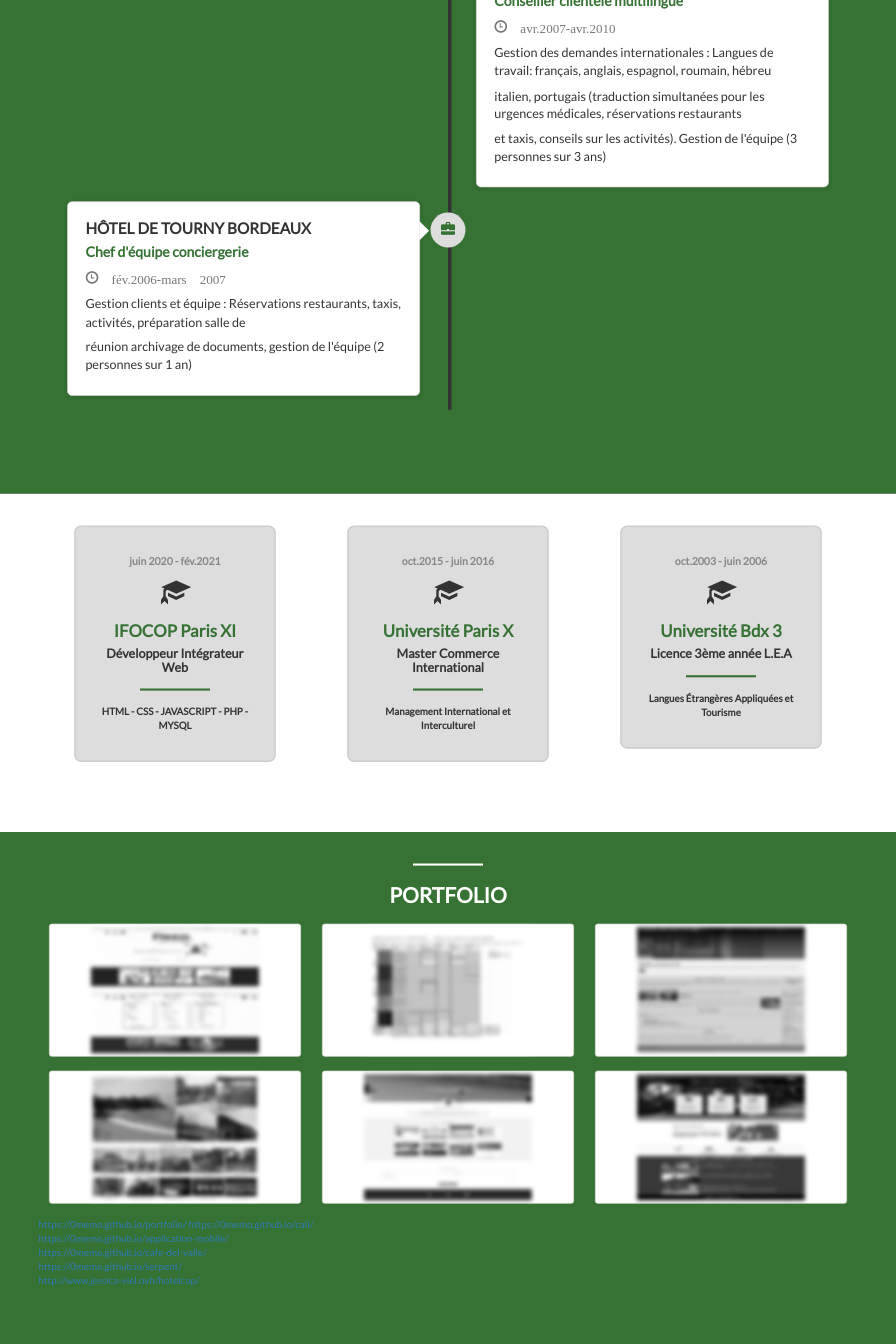
Repository: 0Memo/mon-cv
Page: index.html
An editor plug-in stored every save of this project. The page is shown before and after the next save, followed by the edit.
The browser window is 1280 px wide. The pictures show the part of the page from y = 2841 to 4761 px (the page is 4761 px tall before and 4741 px after), at 70% of full size.

Above is the page before, as saved 2020-12-29 15:18:08.

After the next save:
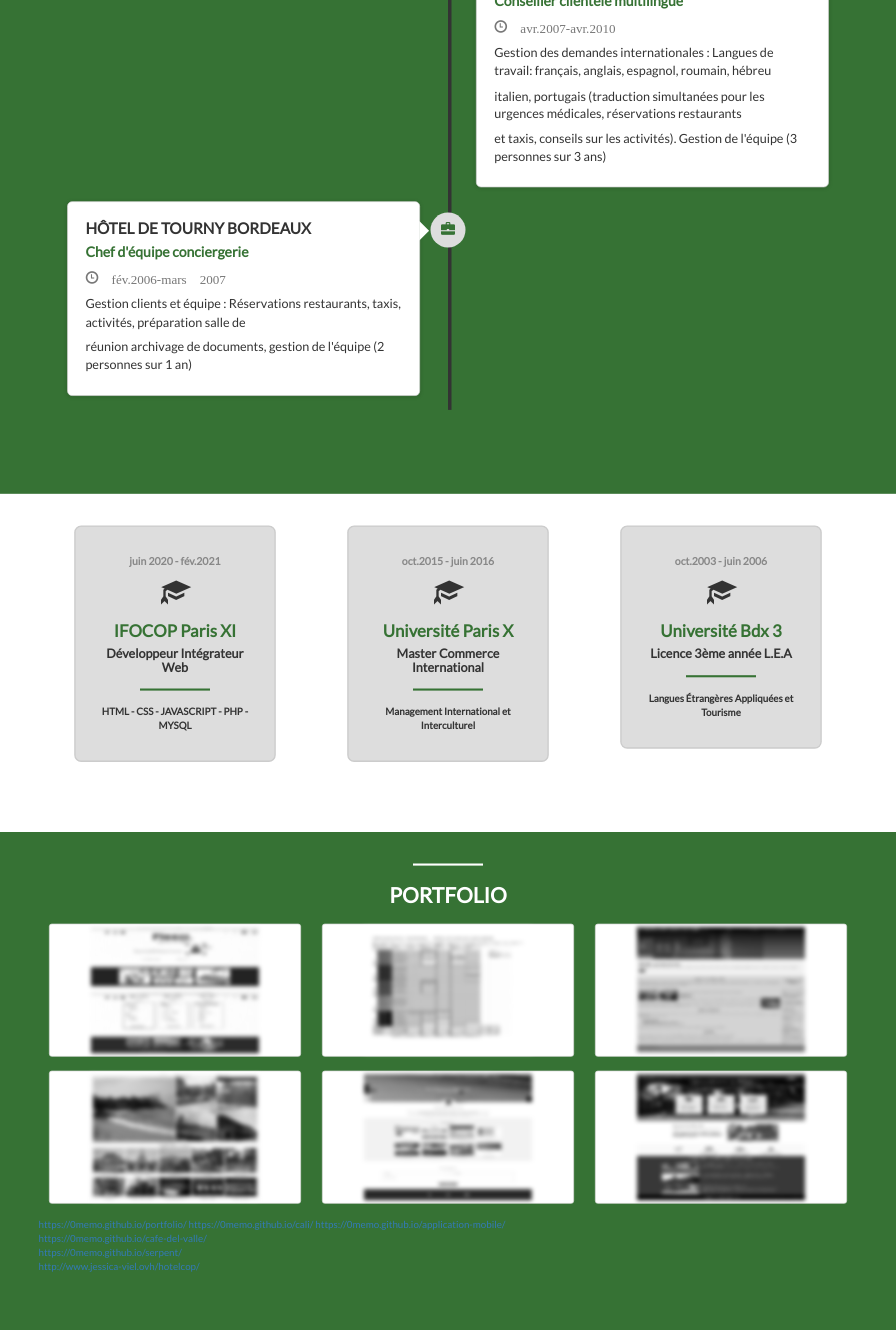
Saved 9 s later.
--- a/index.html
+++ b/index.html
@@ -259,8 +259,6 @@
                         <div class="link">
                             <a href="https://0memo.github.io/portfolio/" title="mon portfolio" class="portfolio_page" target="_blank">https://0memo.github.io/portfolio/</a>
                             <a href="https://0memo.github.io/cali/" title="Cali" class="cali" target="_blank">https://0memo.github.io/cali/</a>
-                        </div>
-                        <div class="link">
                             <a href="https://0memo.github.io/application-mobile/" title="application mobile" class="application-mobile" target="_blank">https://0memo.github.io/application-mobile/</a>
                         </div>
                     </div>
